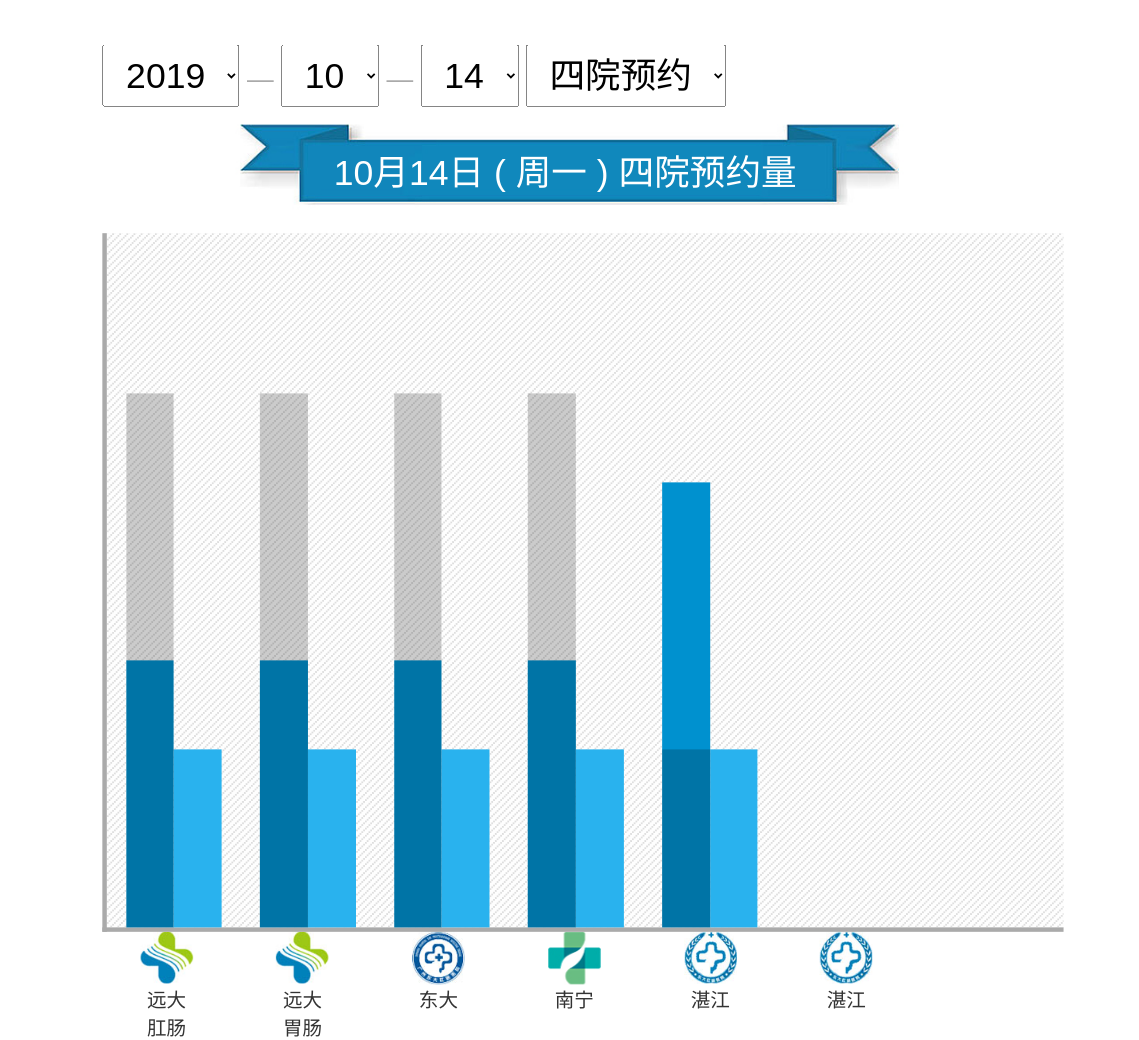
Repository: jerryyan/project
Page: http://localhost/m/index.php
These files come from the project's save history. The page is drawn as it stood at one moment and after the next save; the edit follows.
The browser window is 1280 px wide. The pictures show the whole page, at 89% of full size.
The page is run by PHP 8.4 with error messages shown; the project is at /var/www/html/. The session is filled in as if someone had signed in: {"name": "admin"}. Other server files are loaded and not shown.

Above is the page before, as saved 2019-10-14 15:53:56.

### m/index.php
<html>

<head>
    <meta http-equiv="Content-Type" content="text/html; charset=utf-8" />
    <link href="css/m.css" rel="stylesheet" type="text/css" />
    <script type="text/javascript" src="/js/jquery.min.js"></script>
    <script type="text/javascript" src="/js/moment.min.js"></script>
    <script type="text/javascript" src="/js/time.js"></script>
    <title>预约数据统计手机版</title>
</head>

<body>
    <div class="div1">
        <div class="time">
            <select class="year" id="birth_year" onchange="setDays(this, birth_month, birth_day);">
            </select>
            —
            <select class="month" id="birth_month" onchange="setDays(birth_year, this, birth_day);">
            </select>
            —
            <select class="day" id="birth_day">
            </select>
            <select name="" class="select" onchange="self.location.href = options[selectedIndex].value">
                <option value="index.php" selected>四院预约</option>
                <option value="jzchart.php">四院就诊</option>
                <option value="detail.php?type=szyd">远大</option>
                <option value="detail.php?type=gzdd">东大</option>
                <!--<option value="detail.php?type=gzma" >民安</option>-->
                <option value="detail.php?type=zjdd">湛江</option>
                <option value="detail.php?type=nngc">南宁肛肠</option>
                <option value="detail.php?type=nnwc">南宁胃肠</option>
                <option value="detail.php?type=szydwc">远大胃肠</option>
            </select>
        </div>

        <div class="title">
            <?php
            require_once 'islogin.php';
            $weekarray = array("日", "一", "二", "三", "四", "五", "六");
            $year = date('Y');
            $month = date('m');
            $day = date('d');
            $strDate = $month . "月" . $day . "日 " . "( 周" . $weekarray[date('w')] . " ) ";
            echo $strDate;
            ?>四院预约量
        </div>

        <ul class="num">
        </ul>
        <div class="table">
            <div class="yd">
                <div class="yd_1"><span></span></div>
                <div class="yd_2"><span></span></div>
                <div class="yd_3"><span></span></div>
            </div>
            <div class="yc">
                <div class="yc_1"><span></span></div>
                <div class="yc_2"><span></span></div>
                <div class="yc_3"><span></span></div>
            </div>
            <div class="dd">
                <div class="dd_1"><span></span></div>
                <div class="dd_2"><span></span></div>
                <div class="dd_3"><span></span></div>
            </div>
            <div class="ma">
                <div class="ma_1"><span></span></div>
                <div class="ma_2"><span></span></div>
                <div class="ma_3"><span></span></div>
            </div>
            <div class="zj">
                <div class="zj_1"><span></span></div>
                <div class="zj_2"><span></span></div>
                <div class="zj_3"><span></span></div>
            </div>
            <!-- <div class="zj" style="margin-left:72%">
                <div class="zj_1"><span></span></div>
                <div class="zj_2"><span></span></div>
                <div class="zj_3"><span></span></div>
            </div> -->
        </div>

        <div class="logo">
            <ul>
                <li><img src="/images/logo_yd.jpg">远大<br>肛肠</li>
                <li><img src="/images/logo_yd.jpg">远大<br>胃肠</li>
                <li><img src="/images/logo_dd.jpg">东大</li>
                <li><img src="/images/logo_nn.jpg">南宁</li>
                <li><img src="/images/logo_zj.jpg">湛江</li>
                <li><img src="/images/logo_zj.jpg">湛江</li>
            </ul>
        </div>
    </div>
</body>
<script src="/js/mobile.js"></script>
<script>
    $(function() {
        $(".year,.month,.day").change(function() {
            var y = $(".year option:selected").text();
            var m = $(".month option:selected").text();
            var d = $(".day option:selected").text();
            var datetime = y + "-" + m + "-" + d;
            getyySource(datetime);
        });
        getyySource();
        setInterval(setyySource, 40000);
    });
</script>

</html>

### m/islogin.php
<?php
session_start();
if ($_SESSION['name'] != 'admin') {
    header('Location:login.php');
    exit();
}

### m/getyyNum.php
<?php

require_once '../config.php';
if (!empty($_POST['datetime'])) {
    $date = $_POST['datetime'];
}
$startDate = $date . " 00:00:00";
$endDate = $date . " 23:59:59";
$zjdd_sql = "select department,ts,awr,convert(varchar(10),ts,108) as tstime from info_appointment where department not like '%未预约%' and dr=0 and ts >='{$startDate}' and ts<='{$endDate}'";
$nndd_sql = "select department,ts,awr,convert(varchar(10),ts,108) as tstime from info_appointment where (department not like '%未预约%' and department not like '%耳鼻喉科%') and  dr=0 and sourceType !='自然门诊' and symptom !='体检'  and ts >='{$startDate}' and ts<='{$endDate}'";
$szyd_sql = "select department,ts,awr,convert(varchar(10),ts,108) as tstime from info_appointment where department like '%肛%' and  gn not like '%胃肠%'and dr=0 and media in ('360','82348232','QQ','qq','百度','百度糯米','百度商桥','个人微信','回访组回访','快排','神马','搜狗','网络电话','网络其它','网站后台预约','手机网','SOGU','SOSO','谷歌','商务通转Q','商务通转电话','胃肠电话') and ts >='{$startDate}' and ts<='{$endDate}'";
$szydwc_sql = "select department,ts,awr,convert(varchar(10),ts,108) as tstime from info_appointment where department  not like '%未预约%' and dr=0 and  gn like '%胃肠%' and media in ('360','82348232','QQ','qq','百度','百度糯米','百度商桥','个人微信','回访组回访','快排','神马','搜狗','网络电话','网络其它','网站后台预约','手机网','SOGU','SOSO','谷歌','商务通转Q','商务通转电话','胃肠电话') and ts >='{$startDate}' and ts<='{$endDate}'";
$gzdd_sql = "select department,ts,awr,convert(varchar(10),ts,108) as tstime from info_appointment where department not like '%未预约%' and dr=0  and ts >='{$startDate}' and ts<='{$endDate}'";
$zjdd_yy_row = get_fetchAll_assoc($zjdd, $zjdd_sql);
$zjdd_yyNum = getAllNum($zjdd_yy_row, $date);

$nndd_yy_row = get_fetchAll_assoc($nndd, $nndd_sql);
$nndd_yyNum = getAllNum($nndd_yy_row, $date);

$szyd_yy_row = get_fetchAll_assoc($szyd, $szyd_sql);
$szyd_yyNum = getAllNum($szyd_yy_row, $date);

$szydwc_yy_row = get_fetchAll_assoc($szyd, $szydwc_sql);
$szydwc_yyNum = getAllNum($szydwc_yy_row, $date);

$gzdd_yy_row = get_fetchAll_assoc($gzdd, $gzdd_sql);
$gzdd_yyNum = getAllNum($gzdd_yy_row, $date);

$data = array();
$data['zjdd_yyNum'] = $zjdd_yyNum;
$data['nndd_yyNum'] = $nndd_yyNum;
$data['szyd_yyNum'] = $szyd_yyNum;
$data['szydwc_yyNum'] = $szydwc_yyNum;
$data['gzdd_yyNum'] = $gzdd_yyNum;
echo json_encode($data);

### config.php
<?php

try {
    $username = "sa";
    $pwd = "OYr%ZbxNY#!V*T0O";
    $dsn1 = "sqlsrv:Server=120.25.95.93;database=iSoftZJDD";
    // $dsn2 = "sqlsrv:Server=120.25.95.93;database=iSoftGZMA";
    $dsn3 = "sqlsrv:Server=120.25.95.93;database=iSoftSZYD";
    $dsn4 = "sqlsrv:Server=120.25.95.93;database=XL_new_reservation";
    $dsn5 = "sqlsrv:Server=120.25.95.93;database=iSoftNNDD";
    $dsn7 = "sqlsrv:Server=120.25.95.93;database=iSoftSZTY";
    $dsn6 = "mysql:host=localhost;dbname=project";
    $date = date("Y-m-d");
    //  $date = "2016-03-28";
    //    $username = "sa";
    //    $pwd = "123456";
    //    $dsn1 = "sqlsrv:Server=192.168.3.143\SQLEXPRESS;database=iSoftZJDD";
    //    $dsn2 = "sqlsrv:Server=192.168.3.143\SQLEXPRESS;database=iSoftGZMA";
    //    $dsn3 = "sqlsrv:Server=192.168.3.143\SQLEXPRESS;database=iSoftSZYD";
    $zjdd = new PDO($dsn1, $username, $pwd);
    //$gzma = new PDO($dsn2, $username, $pwd);
    $szyd = new PDO($dsn3, $username, $pwd);
    $gzdd = new PDO($dsn4, $username, $pwd);
    $nndd = new PDO($dsn5, $username, $pwd);
    $szty = new PDO($dsn7, $username, $pwd);
    $project = new PDO($dsn6, 'root', 'root');
} catch (PDOException $e) {
    echo "Failed to get DB handle: " . $e->getMessage() . "\n";
    exit;
}

/**
 *
 * @param string $db
 * @param string $sql
 * @return string $row
 */
function get_fetchAll_assoc($db, $sql)
{
    $result = $db->query($sql);
    $row = $result->fetchAll(PDO::FETCH_ASSOC);
    return $row;
}
/**
 *
 *插入单条数据到数据库
 * @param string $db
 * @param string $sql
 * @return string $res
 */
function insert($db, $sql)
{
    $db->setAttribute(PDO::ATTR_ERRMODE, PDO::ERRMODE_EXCEPTION);
    $res = $db->exec($sql);
    return $res;
}

/**
 * 获取客户端IP
 */
function getClientIp()
{
    $ip = 'unknown';
    $unknown = 'unknown';

    if (isset($_SERVER['HTTP_X_FORWARDED_FOR']) && $_SERVER['HTTP_X_FORWARDED_FOR'] && strcasecmp($_SERVER['HTTP_X_FORWARDED_FOR'], $unknown)) {
        // 使用透明代理、欺骗性代理的情况
        $ip = $_SERVER['HTTP_X_FORWARDED_FOR'];
    } elseif (isset($_SERVER['REMOTE_ADDR']) && $_SERVER['REMOTE_ADDR'] && strcasecmp($_SERVER['REMOTE_ADDR'], $unknown)) {
        // 没有代理、使用普通匿名代理和高匿代理的情况
        $ip = $_SERVER['REMOTE_ADDR'];
    }

    // 处理多层代理的情况
    if (strpos($ip, ',') !== false) {
        // 输出第一个IP
        $ip = reset(explode(',', $ip));
    }

    return $ip;
}

function get_fetchAll_row($db, $sql)
{
    $result = $db->query($sql);
    $row = $result->fetch(PDO::FETCH_ASSOC);
    return $row['number'];
}

//获取大夜班，早班和晚班的预约人数
function getAllNum($row)
{
    $dayeStart = "00:00:00";
    $zaoStart = "08:00:00";
    $wanStart = "16:00:00";
    $wanEnd = "24:00:00";
    $dayeArr = $zaoArr = $wanArr = array();
    foreach ($row as $v) {
        if ($v['tstime'] >= $dayeStart && $v['tstime'] < $zaoStart) {
            $dayeArr[] = $v;
        }
        if ($v['tstime'] >= $zaoStart && $v['tstime'] < $wanStart) {
            $zaoArr[] = $v;
        }
        if ($v['tstime'] >= $wanStart && $v['tstime'] < $wanEnd) {
            $wanArr[] = $v;
        }
    }
    $arrNum = array();
    $arrNum['dayeNum'] = count($dayeArr);
    $arrNum['zaoNum'] = count($zaoArr);
    $arrNum['wanNum'] = count($wanArr);
    $arrNum['totalNum'] = count($row);
    $arrNum['workNum'] = getWorkNum($arrNum);
    return $arrNum;
}

function getWorkNum($data)
{
    $nowtime = date("H:i:s");
    $dayeStart = "00:00:00";
    $zaoStart = "08:00:00";
    $wanStart = "16:00:00";
    $wanEnd = "24:00:00";

    if ($nowtime > $dayeStart && $nowtime < $zaoStart) {
        $workNum = $data['dayeNum'];
    }
    if ($nowtime > $zaoStart && $nowtime <= $wanStart) {
        $workNum = $data['zaoNum'];
    }
    if ($nowtime > $wanStart && $nowtime < $wanEnd) {
        $workNum = $data['wanNum'];
    }
    return $workNum;
}

//排序
function my_sort($a, $b)
{
    if ($a['nums'] == $b['nums']) {
        return 0;
    }
    return ($a['nums'] > $b['nums']) ? -1 : 1;
}

//排序
function ts_sort($a, $b)
{
    if ($a['tstime'] == $b['tstime']) {
        return 0;
    }
    return ($a['tstime'] < $b['tstime']) ? -1 : 1;
}

### m/css/m.css
@charset "utf-8";

body {
    margin: 0px;
    padding: 0px;
    font-family: "微软雅黑", "宋体", arial;
    color: #333;
}

div,
dl,
dt,
dd,
ul,
ol,
li,
h1,
h2,
h3,
h4,
h5,
h6,
pre,
form,
input,
label,
select,
option,
textarea,
button,
p,
span {
    margin: 0;
    padding: 0;
}

img {
    border: 0;
    vertical-align: top;
    font-size: 0;
    line-height: 0;
    overflow: hidden;
}

ul,
li,
ol,
ul {
    list-style: none;
}


.dis {
    display: none
}

.left {
    float: left
}

.right {
    float: right
}

.clear {
    clear: both;
}

.time {
    clear: both;
    margin-left: 9%;
    width: 84%;
    font-size: 30px;
    color: #aaa;
    margin-top: 50px;
}

.time select {
    padding: 1% 2%;
    margin: 0 0% 0 0;
    font-size: 40px;
}

.time select:last-child {
    margin: 0;
}

.year {}

.month {}

.day {}

.title {
    font-size: 40px;
    text-align: center;
    height: 100px;
    padding-top: 42px;
    width: 100%;
    background: url(../images/title.jpg) center 20px no-repeat;
    color: #fff;
    text-indent: -10px;
}

.num {
    float: left;
    width: 9%;
    text-align: right;
    padding-top: 5px;
}

.num li {
    height: 40px;
    padding-right: 15px
}

.logo {
    clear: both;
    font-size: 22px;
    margin-left: 2%;
    padding-left: 8%;
    width: 77%;
    height: 100px;
}

.logo li {
    float: left;
    margin-right: 6.5%;
    padding-left: 3%;
    width: 6%;
    height: 100px;
    background-repeat: no-repeat;
    background-position: 10px 5px;
    text-align: center;
}

.logo li img {
    width: 100%;
    display: block;
}

.logo li:last-child {
    margin: 0;
}

.table {
    float: left;
    width: 84%;
    height: 780px;
    background: url(../images/bg.jpg);
    border-left: solid 5px #aaa;
    border-bottom: solid 5px #aaa;
    position: relative;
}

.table div {
    float: left;
}

.table div span {
    position: absolute;
    bottom: 0;
    left: 30%;
}

.yd div,
.dd div,
.ma div,
.zj div,
.yc div {
    position: absolute;
    float: left;
    width: 5%;
    bottom: 0;
    font-size: 24px;
}

.yd_1,
.dd_1,
.ma_1,
.zj_1,
.yc_1 {
    background: #0091cf;
    z-index: 1;
    height: 300px;
}

.yd_2,
.dd_2,
.ma_2,
.zj_2,
.yc_2 {
    background: #29b2ee;
    margin-left: 5%;
    height: 200px;
}

.yd_3,
.dd_3,
.ma_3,
.zj_3,
.yc_3 {
    background: rgba(0, 0, 0, 0.20);
    height: 600px;
    z-index: 2;
}

.table div .yd_3 span,
.table div .dd_3 span,
.table div .ma_3 span,
.table div .zj_3 span,
.table div .yc_3 span {
    margin-top: -80px;
    margin-bottom: 0;
    display: block;
    position: relative;
    z-index: 3
}

.zj_3 {
    height: 200px;
}

.zj_1 {
    height: 500px;
}

span {
    width: 120px;
    margin-left: -47px;
    margin-bottom: 50px;
    -webkit-transform: rotate(270deg);
    -moz-transform: rotate(270deg);
    -o-transform: rotate(270deg);
}

.yd {
    margin-left: 2%;
}

.yc {
    margin-left: 16%;
}

.dd {
    margin-left: 30%;
}

.ma {
    margin-left: 44%;
}

.zj {
    margin-left: 58%;
}




table {
    background: #aaa;
    text-align: center;
    float: left;
    font-size: 30px;
    margin: 0 0 0 9%
}

table td {
    background: #fff;
    height: 80px;
    vertical-align: central;
}

.div2 .time {
    margin: 0 0 0 73px;
    height: 100px;
}



/*.nav{width:720px; height:100px; padding:10px 0 0 40px; z-index:10; margin-top:40px}
.nav li{ float:left; background:#239ccf; width:149px; text-align:center; height:70px; line-height:70px; margin:0 5px; color:#fff; font-size:28px;}
.nav li.current{ background:#15759e}
*/

### js/time.js
$(document).ready(function () {
    var myDate = new Date();
    var year = myDate.getFullYear();//获取完整的年份(4位,1970-????)
    var month = myDate.getMonth();//获取当前月份(0-11,0代表1月)
    var day = myDate.getDate();//获取当前日(1-31)
    var i = 0;
    // 添加年份
    for (i = 2016; i <= 2026; i++) {
        addOption(birth_year, i, i);
        if (i == year) {
            birth_year.options[year - 2016].selected = true;
        }
    }
    // 添加月份
    for (i = 1; i <= 12; i++) {
        if (i < 10) {
            i = '0' + i;
        }
        addOption(birth_month, i, i);
        if (i == month + 1) {
            birth_month.options[month].selected = true;
        }
    }
    // 添加天份，先默认31天
    for (i = 1; i <= 31; i++) {
        if (i < 10) {
            i = '0' + i;
        }
        addOption(birth_day, i, i);
        if (i == day) {
            birth_day.options[day - 1].selected = true;
        }
    }
    //$("#birth_month"). birth_year  birth_day
});


// 设置每个月份的天数
function setDays(year, month, day) {
    var monthDays = [31, 28, 31, 30, 31, 30, 31, 31, 30, 31, 30, 31];
    var yea = year.options[year.selectedIndex].text;
    var mon = month.options[month.selectedIndex].text;
    var num = monthDays[mon - 1];
    if (mon == 2 && isLeapYear(yea)) {
        num++;
    }
    for (var j = day.options.length - 1; j >= num; j--) {
        day.remove(j);
    }
    for (var i = day.options.length+1; i <= num; i++) {
        addOption(birth_day, i, i);
    }

}

// 判断是否闰年
function isLeapYear(year)
{
    return (year % 4 == 0 || (year % 100 == 0 && year % 400 == 0));
}

// 向select尾部添加option
function addOption(selectbox, text, value) {
    var option = document.createElement("option");
    option.text = text;
    option.value = value;
    selectbox.options.add(option);
}

Loaded but not shown: js/jquery.min.js (library); js/moment.min.js (library); js/mobile.js (302 lines, source omitted)

After the next save:
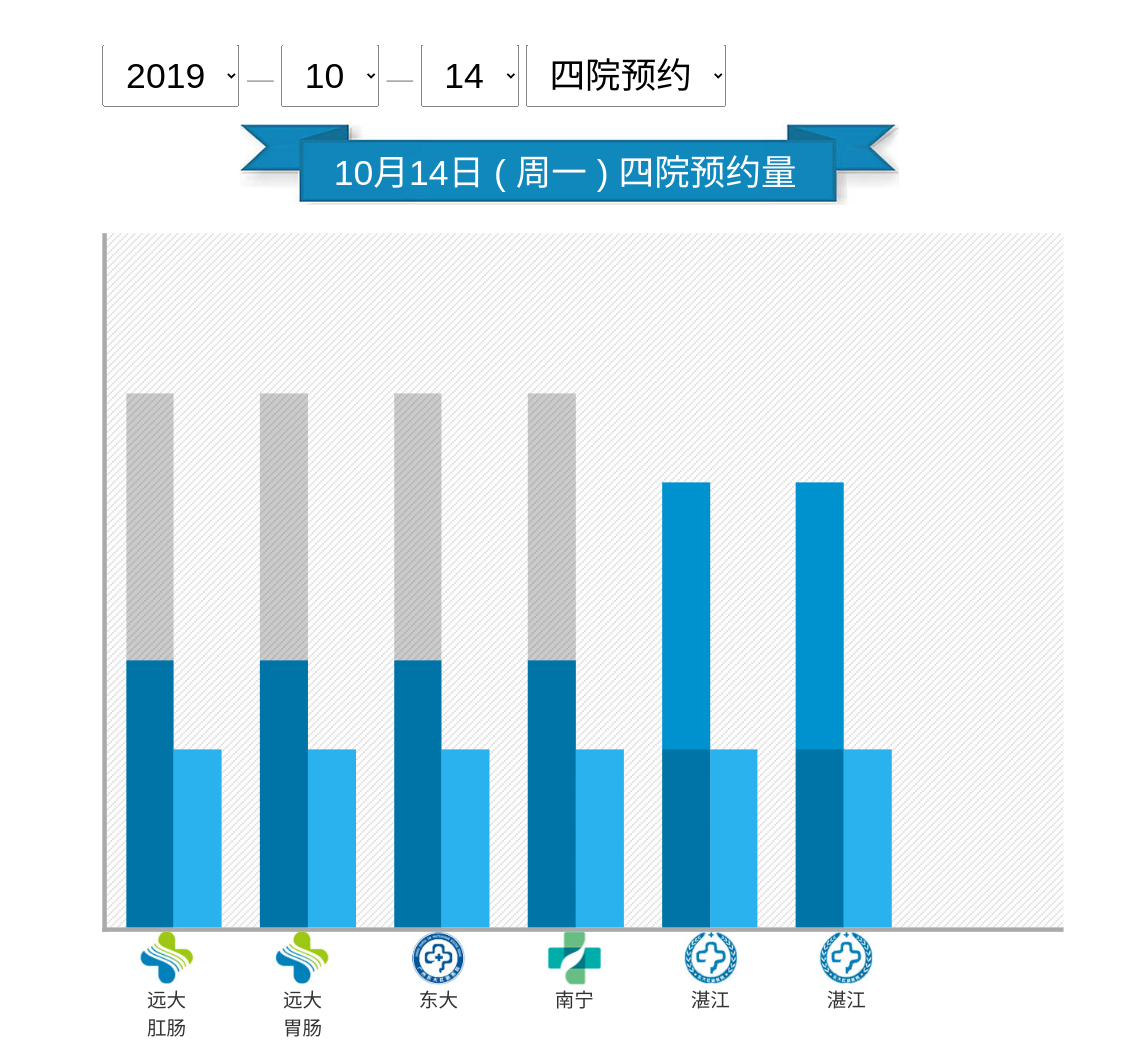
Saved 24 s later.
--- a/m/index.php
+++ b/m/index.php
@@ -73,11 +73,11 @@
                 <div class="zj_2"><span></span></div>
                 <div class="zj_3"><span></span></div>
             </div>
-            <!-- <div class="zj" style="margin-left:72%">
+            <div class="zj" style="margin-left:72%">
                 <div class="zj_1"><span></span></div>
                 <div class="zj_2"><span></span></div>
                 <div class="zj_3"><span></span></div>
-            </div> -->
+            </div>
         </div>
 
         <div class="logo">

After the 4 saves that followed:
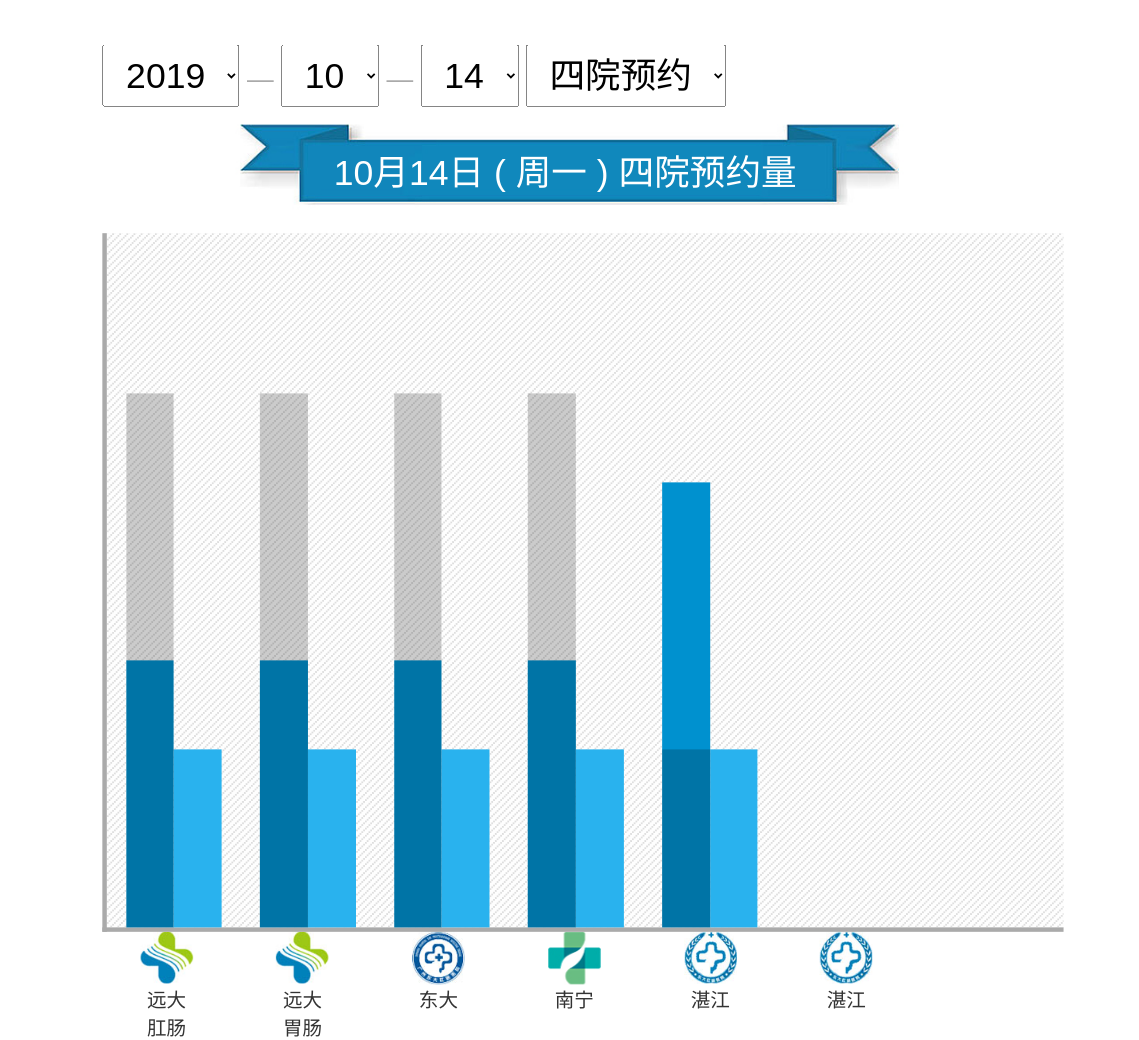
The 4 saves are shown as one change because they came seconds apart.
The last was saved 52 s later.
--- a/m/index.php
+++ b/m/index.php
@@ -73,10 +73,10 @@
                 <div class="zj_2"><span></span></div>
                 <div class="zj_3"><span></span></div>
             </div>
-            <div class="zj" style="margin-left:72%">
-                <div class="zj_1"><span></span></div>
-                <div class="zj_2"><span></span></div>
-                <div class="zj_3"><span></span></div>
+            <div class="ty" style="margin-left:72%">
+                <div class="ty_1"><span></span></div>
+                <div class="ty_2"><span></span></div>
+                <div class="ty_3"><span></span></div>
             </div>
         </div>
 
